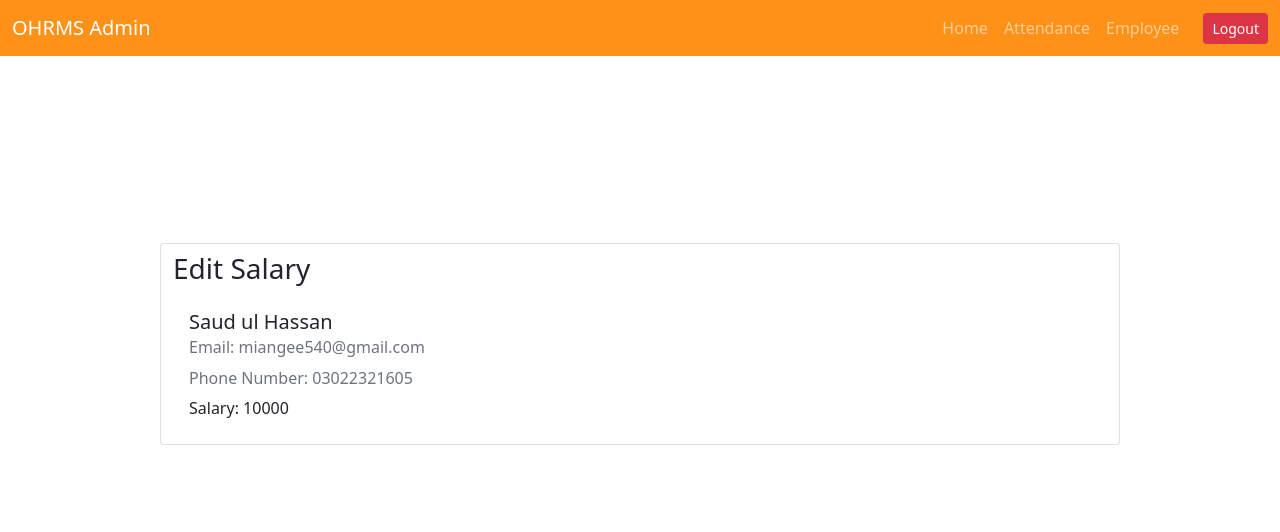
Repository: SaudCh/PHP-OHRMS
Page: http://localhost/admin/edit-salary?id=49
The author's editor kept a copy of each file at every save. The page is drawn from the files as they stood at one save, then again after the next save.
The browser window is 1280 px wide. The pictures show the whole page.
Some web libraries are served in a nearby version. The page is run by PHP 8.4 with error messages shown; the project is at /var/www/html/. The session is filled in as if someone had signed in: {"admin": "admin@ohrm.com"}. Other server files are loaded and not shown. The database holds what the project's SQL file puts in it. Queries for data that is not in the repository find no rows.

Above is the page before, as saved 2022-06-05 22:37:38.

### admin/edit-salary.php
<!DOCTYPE html>
<html lang="en">

<head>
    <meta charset="UTF-8">
    <meta http-equiv="X-UA-Compatible" content="IE=edge">
    <meta name="viewport" content="width=device-width, initial-scale=1.0">
    <?php require "../assets/includes/link.includes.php" ?>

    <title>OHRMS</title>
</head>

<body>
    <?php require "./assets/Components/header.php" ?>
    <div class="container-fluid">
        <div class="row align-items-center justify-content-center" style="min-height: 80vh;">

            <div class="card col-11 col-md-9">
                <div class="d-flex align-items-center justify-content-between mt-2">
                    <h3>Edit Salary</h3>

                </div>
                <?php
                $id = $_GET['id'];
                $sql = "select * from employee where empId = '$id'";
                $results = mysqli_query($con, $sql);
                $rescheck = mysqli_num_rows($results);
                if ($rescheck > 0) {
                    while ($row = mysqli_fetch_assoc($results)) {
                ?>
                        <div class="card-body">
                            <h5 class="card-title"><?= $row["name"] ?></h5>
                            <h6 class="card-subtitle mb-3 text-muted">Email: <?= $row['emailAddress'] ?></h6>
                            <h6 class="card-subtitle mb-2 text-muted">Phone Number: <?= $row['phoneNumber'] ?></h6>
                            <p class="card-text p-0 m-0 mb-2">Salary: <?= $row['salary'] ?></p>

                        </div>
                <?php }
                } ?>

                <?php
                $absent = 0;
                $present = 0;

                $id = $_GET['id'];
                $sql = "select * from attendance where empId = '$id'";
                $results = mysqli_query($con, $sql);
                $rescheck = mysqli_num_rows($results);
                if ($rescheck > 0) {
                    while ($row = mysqli_fetch_assoc($results)) {
                        if ($row['status'] == 'Present') {
                            $present++;
                        } else {
                            $absent++;
                        }
                ?>
                        <div class="card-body">
                            <p class="card-text p-0 m-0 mb-2">Absents: <?= $absent ?></p>
                            <p class="card-text p-0 m-0 mb-2">Presents: <?= $present ?></p>
                        </div>
                <?php }
                } ?>

            </div>
        </div>
    </div>
</body>

</html>

### assets/includes/link.includes.php
<link href="https://cdn.jsdelivr.net/npm/bootstrap@5.0.2/dist/css/bootstrap.min.css" rel="stylesheet" integrity="sha384-EVSTQN3/azprG1Anm3QDgpJLIm9Nao0Yz1ztcQTwFspd3yD65VohhpuuCOmLASjC" crossorigin="anonymous">
<script src="https://cdn.jsdelivr.net/npm/bootstrap@5.0.2/dist/js/bootstrap.bundle.min.js" integrity="sha384-MrcW6ZMFYlzcLA8Nl+NtUVF0sA7MsXsP1UyJoMp4YLEuNSfAP+JcXn/tWtIaxVXM" crossorigin="anonymous"></script>
<script src="https://cdn.jsdelivr.net/npm/@popperjs/core@2.9.2/dist/umd/popper.min.js" integrity="sha384-IQsoLXl5PILFhosVNubq5LC7Qb9DXgDA9i+tQ8Zj3iwWAwPtgFTxbJ8NT4GN1R8p" crossorigin="anonymous"></script>
<script src="https://cdn.jsdelivr.net/npm/bootstrap@5.0.2/dist/js/bootstrap.min.js" integrity="sha384-cVKIPhGWiC2Al4u+LWgxfKTRIcfu0JTxR+EQDz/bgldoEyl4H0zUF0QKbrJ0EcQF" crossorigin="anonymous"></script>

<script src="https://kit.fontawesome.com/5d60ba127b.js" crossorigin="anonymous"></script>

<link rel="stylesheet" href="./assets/css/style.css" type="text/css">
<link rel="stylesheet" href="./assets/css/footer.css" type="text/css">
<style>
    .link {
        text-decoration: none;
    }
</style>

### admin/assets/Components/header.php
<?php
session_start();
$email = '';

include '../assets/config/dbconfig.php';

if (isset($_SESSION['admin'])) {
    $email = $_SESSION['admin'];
} else {
    header("location: login");
}
?>
<nav class="navbar navbar-expand-lg navbar-dark" style="background-color: #fe9117;">
    <div class="container-fluid">
        <a class="navbar-brand" href="index">OHRMS Admin</a>
        <button class="navbar-toggler" type="button" data-bs-toggle="collapse" data-bs-target="#navbarSupportedContent" aria-controls="navbarSupportedContent" aria-expanded="false" aria-label="Toggle navigation">
            <span class="navbar-toggler-icon"></span>
        </button>
        <div class="collapse navbar-collapse" id="navbarSupportedContent">
            <ul class="navbar-nav ms-auto me-3 mb-2 mb-lg-0">
                <li class="nav-item">
                    <a class="nav-link" aria-current="page" href="index">Home</a>
                </li>
                <li class="nav-item">
                    <a class="nav-link" href="attendance">Attendance</a>
                </li>
                <li class="nav-item">
                    <a class="nav-link" href="employee">Employee</a>
                </li>
            </ul>
            <?php

            if (isset($_SESSION['admin'])) {
                echo '<a href="./assets/includes/admin-logout.includes.php" class="btn btn-sm btn-danger">Logout</a>';
            } else {
                echo '<a href="login" class="btn btn-sm btn-success">Login/Register</a>';
            }
            ?>

        </div>
    </div>
</nav>

### assets/config/dbconfig.php
<?php
// Database configuration
$dbHost     = "localhost";
$dbUsername = "root";
$dbPassword = "";
$dbName     = "ohrms";

// $dbHost     = "sql102.epizy.com";
// $dbUsername = "epiz_31455211";
// $dbPassword = "Kr3NNcrNvT9Mx4";
// $dbName     = "epiz_31455211_ohrms";

// Create database connection
$db = new mysqli($dbHost, $dbUsername, $dbPassword, $dbName);
$con=mysqli_connect($dbHost, $dbUsername, $dbPassword,$dbName);

// Check connection
if ($db->connect_error) {
    die("Connection failed: " . $db->connect_error);
}

### assets/css/footer.css
.back-to-top {
  cursor: pointer;
  position: fixed;
  bottom: 30px;
  right: 20px;
  display: none;
  z-index: 10;
}

.footer {
  background-color: #fe9126;
  display: flex;
  color: white;
  z-index: 2;
}

.footer a {
  color: white;
  text-decoration: none;
  font-weight: 500;
}

.footer-links ul {
  text-align: left;
}

.footer-links li {
  list-style: none;
}

.copyright {
  color: white;
  background-color: #fe9126;
}

### sql/ohrms.sql (the tables this page reads)
CREATE TABLE `employee` (
  `empId` int(11) NOT NULL,
  `name` char(50) NOT NULL,
  `phoneNumber` varchar(15) NOT NULL,
  `department` char(10) NOT NULL,
  `emailAddress` varchar(50) NOT NULL,
  `password` varchar(255) NOT NULL,
  `address` varchar(100) NOT NULL,
  `gender` char(10) NOT NULL,
  `salary` int(10) NOT NULL DEFAULT 10000,
  `token` varchar(255) NOT NULL,
  `empStatus` int(1) NOT NULL DEFAULT 0,
  `created` datetime NOT NULL DEFAULT current_timestamp(),
  `tempMail` varchar(20) NOT NULL
) ENGINE=InnoDB DEFAULT CHARSET=utf8mb4;

INSERT INTO `employee` (`empId`, `name`, `phoneNumber`, `department`, `emailAddress`, `password`, `address`, `gender`, `salary`, `token`, `empStatus`, `created`, `tempMail`) VALUES
(49, 'Saud ul Hassan', '03022321605', 'IT', 'miangee540@gmail.com', '$2y$10$tnkPhTnqi.jBUQkl8uiTEePtk4Auc3IYuPundD76d2H41YGcwugUW', '123 B Comsats\r\n123', 'male', 10000, '1bb7c8eb79b1d6be961371dabf6745', 1, '2022-06-13 18:56:53', 'miangee540@gmail.com'),
(51, 'Cedric Sampson', '+16473759896', 'Finance', 'saudchaudhary0@gmail', '$2y$10$8lcl4ARF2QZ6ryeaVm7qlOr02QNJMQFGSRC1rsK8to0F42cu8QcHu', 'Mollitia et et deser', 'female', 21000, '6e4e9ff9110491b8cb7f122b012c2c', 0, '2022-06-13 19:32:44', 'saudchaudhary0@gmail');

ALTER TABLE `employee`
  ADD PRIMARY KEY (`empId`);

ALTER TABLE `employee`
  MODIFY `empId` int(11) NOT NULL AUTO_INCREMENT, AUTO_INCREMENT=52;

Loaded but not shown: assets/css/style.css (common file)

After the next save:
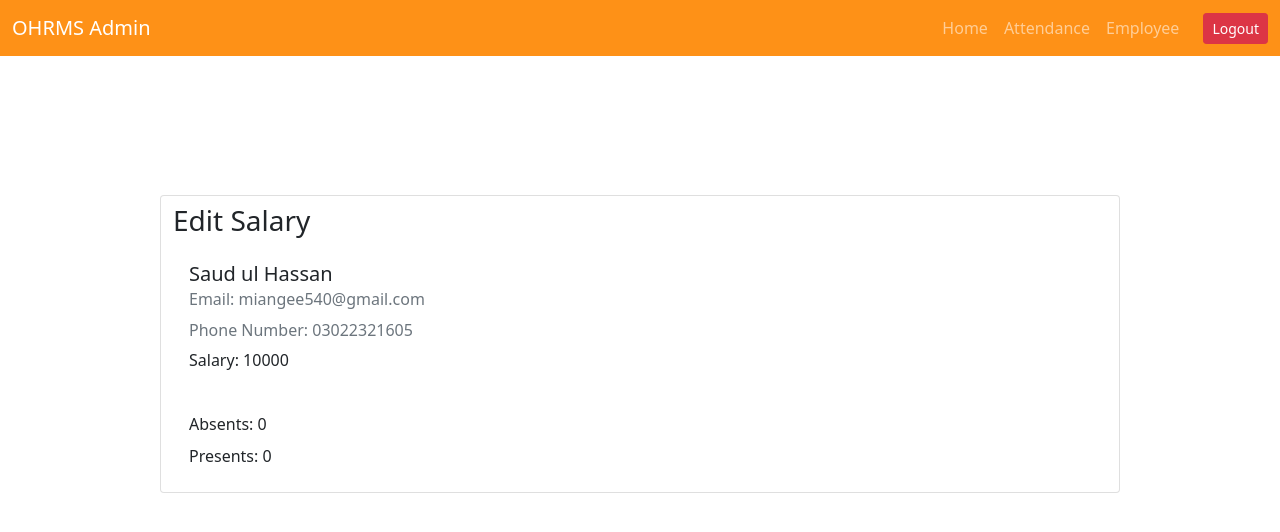
Saved 22 s later.
--- a/admin/edit-salary.php
+++ b/admin/edit-salary.php
@@ -53,13 +53,13 @@
                         } else {
                             $absent++;
                         }
+                    }
+                }
                 ?>
-                        <div class="card-body">
-                            <p class="card-text p-0 m-0 mb-2">Absents: <?= $absent ?></p>
-                            <p class="card-text p-0 m-0 mb-2">Presents: <?= $present ?></p>
-                        </div>
-                <?php }
-                } ?>
+                <div class="card-body">
+                    <p class="card-text p-0 m-0 mb-2">Absents: <?= $absent ?></p>
+                    <p class="card-text p-0 m-0 mb-2">Presents: <?= $present ?></p>
+                </div>
 
             </div>
         </div>
